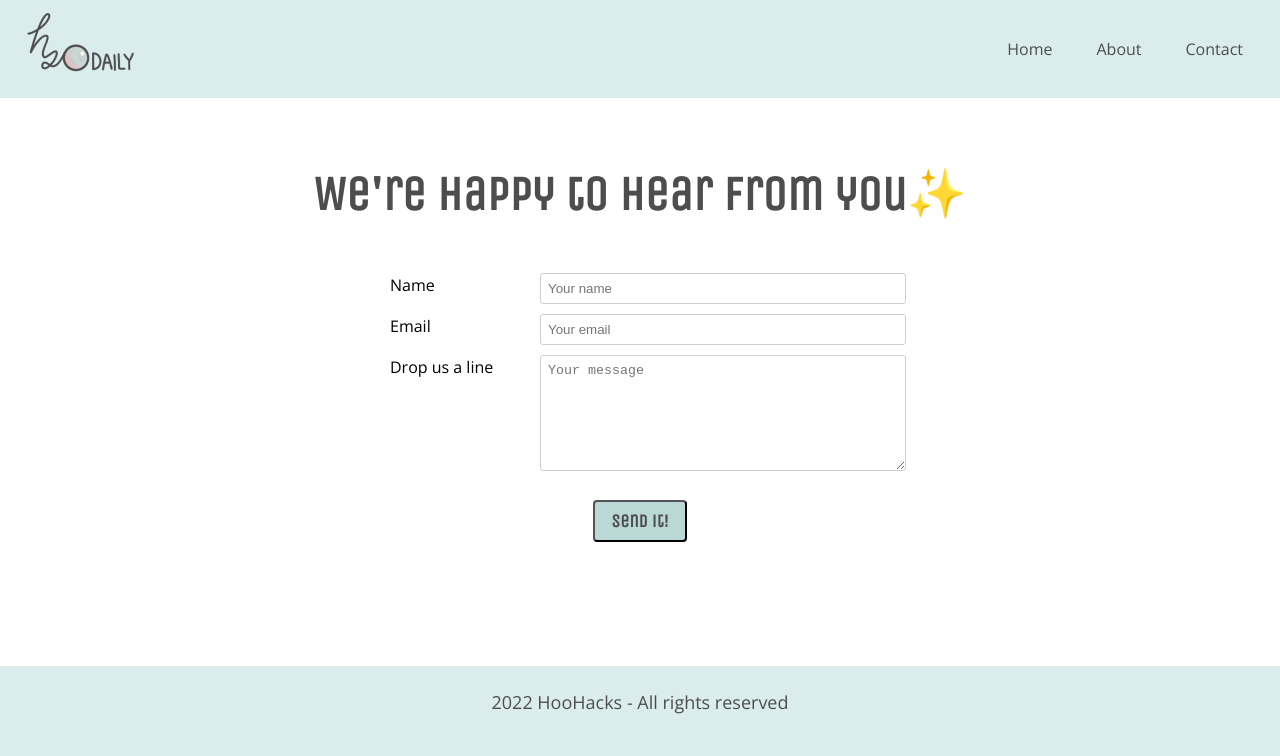
Repository: jennyjjung/H2ODaily
Page: contact.html
The author's editor kept a copy of each file at every save. The page is drawn from the files as they stood at one save, then again after the next save.
The browser window is 1280 px wide. The pictures show the whole page.

Above is the page before, as saved 2022-03-26 21:16:10.

After the next save:
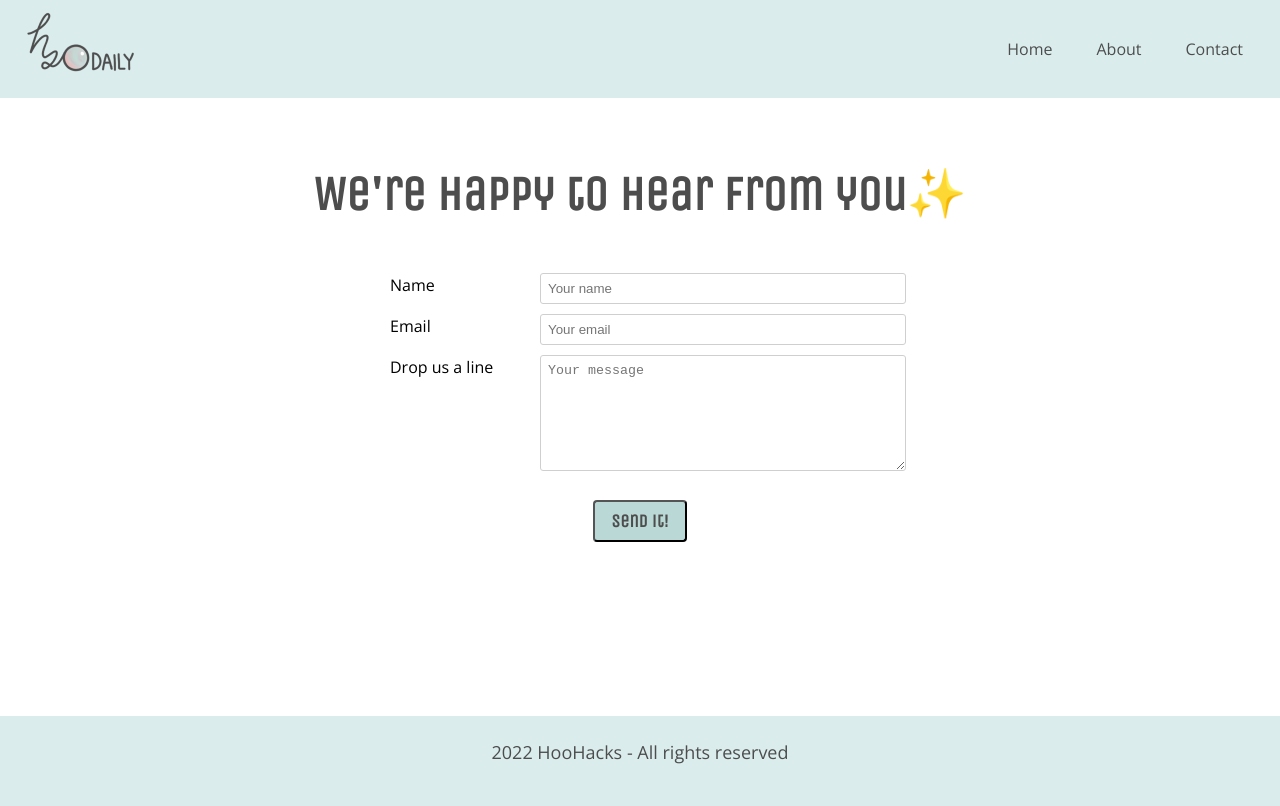
Saved 48 s later.
--- a/style.css
+++ b/style.css
@@ -150,7 +150,7 @@ input[type="submit"] {
 .contact__content {
   width: 70%;
   text-align: center;
-  margin: auto;
+  margin: 50px auto;
 }
 
 /* Contact */
